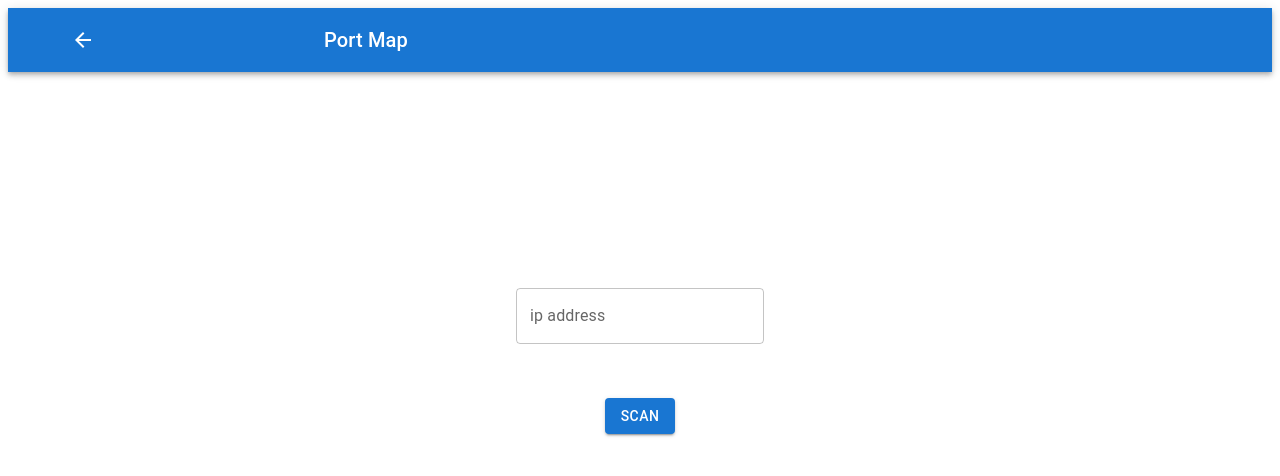
Repository: shamu332/PortMap
Page: / (app in src/main/ui/)
An editor plug-in stored every save of this project. The page is shown before and after the next save, followed by the edit.
The browser window is 1280 px wide. The pictures show the whole page.
The project was rebuilt for these pictures with package versions that can differ from the ones it lists, and the page was loaded fresh each time.

Above is the page before, as saved 2022-12-14 21:01:03.

### src/main/ui/public/index.html
<!DOCTYPE html>
<html lang="en">
  <head>
    <meta charset="utf-8" />
    <link rel="icon" href="%PUBLIC_URL%/favicon.ico" />
    <meta name="viewport" content="width=device-width, initial-scale=1" />
    <meta name="theme-color" content="#000000" />
    <meta
      name="description"
      content="Web site created using create-react-app"
    />
    <link rel="apple-touch-icon" href="%PUBLIC_URL%/logo192.png" />
    <!--
      manifest.json provides metadata used when your web app is installed on a
      user's mobile device or desktop. See https://developers.google.com/web/fundamentals/web-app-manifest/
    -->
    <link rel="manifest" href="%PUBLIC_URL%/manifest.json" />
    <!--
      Notice the use of %PUBLIC_URL% in the tags above.
      It will be replaced with the URL of the `public` folder during the build.
      Only files inside the `public` folder can be referenced from the HTML.

      Unlike "/favicon.ico" or "favicon.ico", "%PUBLIC_URL%/favicon.ico" will
      work correctly both with client-side routing and a non-root public URL.
      Learn how to configure a non-root public URL by running `npm run build`.
    -->
    <title>Port Map</title>
  </head>
  <body>
    <noscript>You need to enable JavaScript to run this app.</noscript>
    <div id="root"></div>
    <!--
      This HTML file is a template.
      If you open it directly in the browser, you will see an empty page.

      You can add webfonts, meta tags, or analytics to this file.
      The build step will place the bundled scripts into the <body> tag.

      To begin the development, run `npm start` or `yarn start`.
      To create a production bundle, use `npm run build` or `yarn build`.
    -->
  </body>
</html>

### src/main/ui/src/index.js
import React from "react";
import ReactDOM from "react-dom";
import { BrowserRouter as Router, Routes, Route } from "react-router-dom";
import Scanner from "./pages/Scanner";

ReactDOM.render(
  <>
    <Router>
      <Routes>
        <Route path="/" element={<Scanner />} />
      </Routes>
    </Router>
  </>,
  document.getElementById("root")
);

### src/main/ui/src/pages/Scanner.js
import React, { useState } from "react";
import Button from "@mui/material/Button";
import Header from "../Header";
import TextField from "@mui/material/TextField";
import CircularProgress from "@mui/material/CircularProgress";

function Scanner() {
  const [loader, setLoader] = useState(false);

  function toggleLoader() {
    setLoader(!loader);
  }

  return (
    <>
      <Header />
      <div
        style={{
          display: "flex",
          justifyContent: "center",
          alignItems: "flex-end",
          height: "30vh",
        }}
      ></div>
      {loader ? (
        <div
          style={{
            display: "flex",
            justifyContent: "center",
            alignItems: "center",
            height: "30vh",
          }}
        >
          <CircularProgress />
        </div>
      ) : (
        <>
          <div
            style={{
              display: "flex",
              justifyContent: "center",
              alignItems: "center",
            }}
          >
            <TextField
              id="outlined-basic"
              label="ip address"
              variant="outlined"
            />
          </div>
          <div
            style={{
              display: "flex",
              justifyContent: "center",
              alignItems: "center",
              height: "20vh",
            }}
          >
            <Button onClick={toggleLoader} variant="contained">
              SCAN
            </Button>
          </div>
        </>
      )}
    </>
  );
}

export default Scanner;

### src/main/ui/src/Header.js
import * as React from "react";
import AppBar from "@mui/material/AppBar";
import Box from "@mui/material/Box";
import Toolbar from "@mui/material/Toolbar";
import Typography from "@mui/material/Typography";
import IconButton from "@mui/material/IconButton";
import ArrowBackIcon from "@mui/icons-material/ArrowBack";
import { useNavigate } from "react-router-dom";

export default function Header() {
  const navigate = useNavigate();
  return (
    <Box sx={{ flexGrow: 1 }}>
      <AppBar position="static">
        <Toolbar>
          <IconButton
            size="large"
            edge="start"
            color="inherit"
            aria-label="menu"
            sx={{ mr: 2 }}
          ></IconButton>
          <ArrowBackIcon
            onClick={() => navigate(-1)}
            sx={{ position: "absolute", left: "5%" }}
          />
          <Typography
            variant="h6"
            component="div"
            sx={{ flexGrow: 1, position: "absolute", left: "25%" }}
          >
            Port Map
          </Typography>
        </Toolbar>
      </AppBar>
    </Box>
  );
}

After the next save:
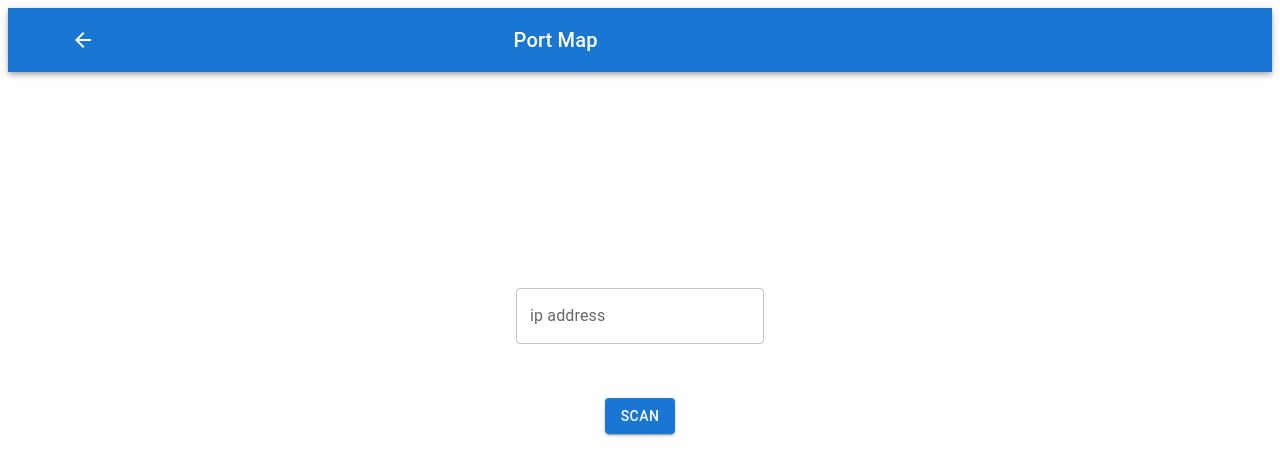
Saved 30 s later.
--- a/src/main/ui/src/Header.js
+++ b/src/main/ui/src/Header.js
@@ -27,7 +27,7 @@ export default function Header() {
           <Typography
             variant="h6"
             component="div"
-            sx={{ flexGrow: 1, position: "absolute", left: "25%" }}
+            sx={{ flexGrow: 1, position: "absolute", left: "40%" }}
           >
             Port Map
           </Typography>
